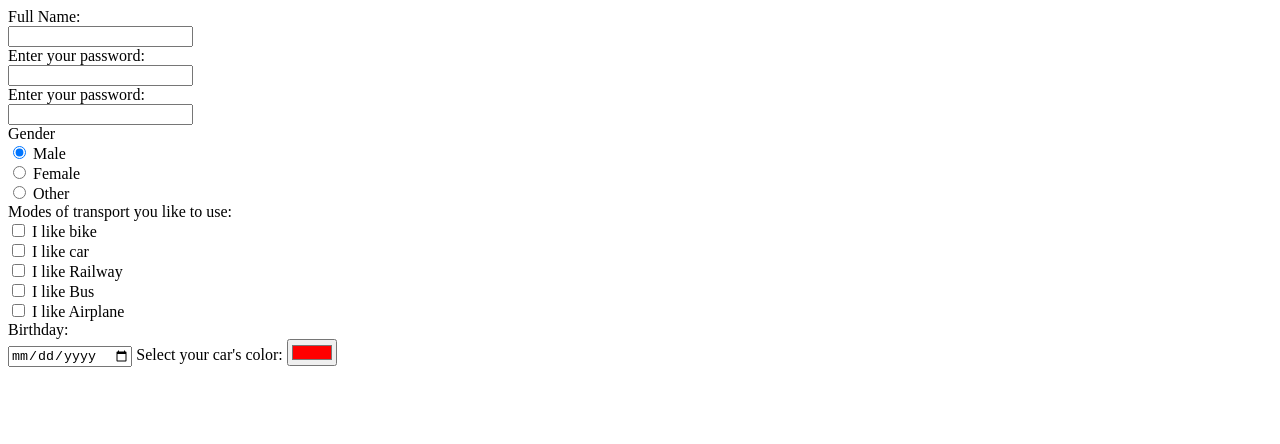
Repository: AdityaParashar93/Homework1_CMPE273
Page: CMPE273/Refresher_JS/WebContent/InputTypes.html
These files come from the project's save history. The page is drawn as it stood at one moment and after the next save; the edit follows.
The browser window is 1280 px wide. The pictures show the whole page.

Above is the page before, as saved 2016-09-16 05:45:33.

After the next save:
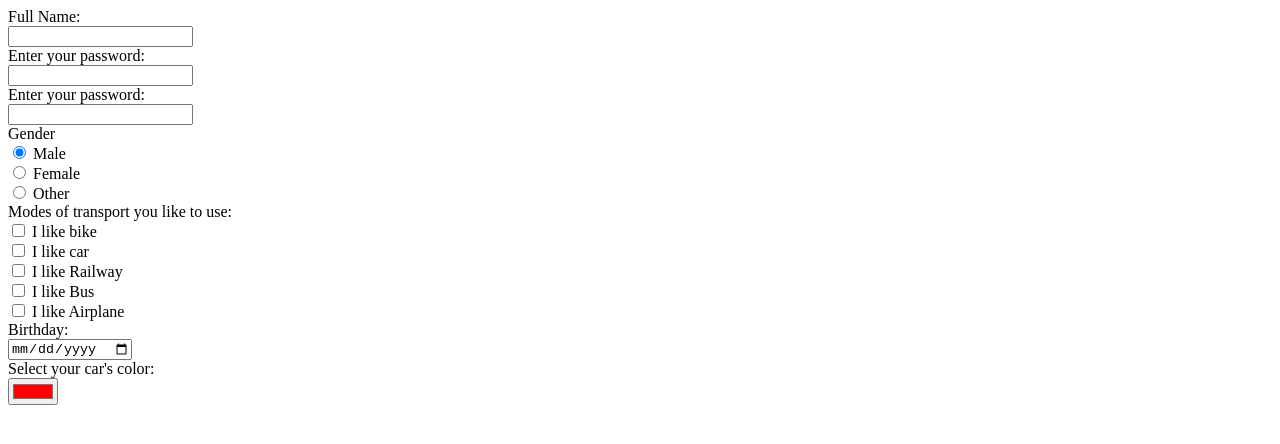
Saved 36 s later.
--- a/CMPE273/Refresher_JS/WebContent/InputTypes.html
+++ b/CMPE273/Refresher_JS/WebContent/InputTypes.html
@@ -23,8 +23,8 @@ Modes of transport you like to use:<br>
 <input type="checkbox" name="vehicle4" value="Bus"> I like Bus<br>
 <input type="checkbox" name="vehicle4" value="Airplane"> I like Airplane<br>
 Birthday:<br>
-<input type="date" name="bday">
-Select your car's color:
+<input type="date" name="bday"><br>
+Select your car's color:<br>
 <input type="color" name="favcolor" value="#ff0000">
 </form>
 </body>
